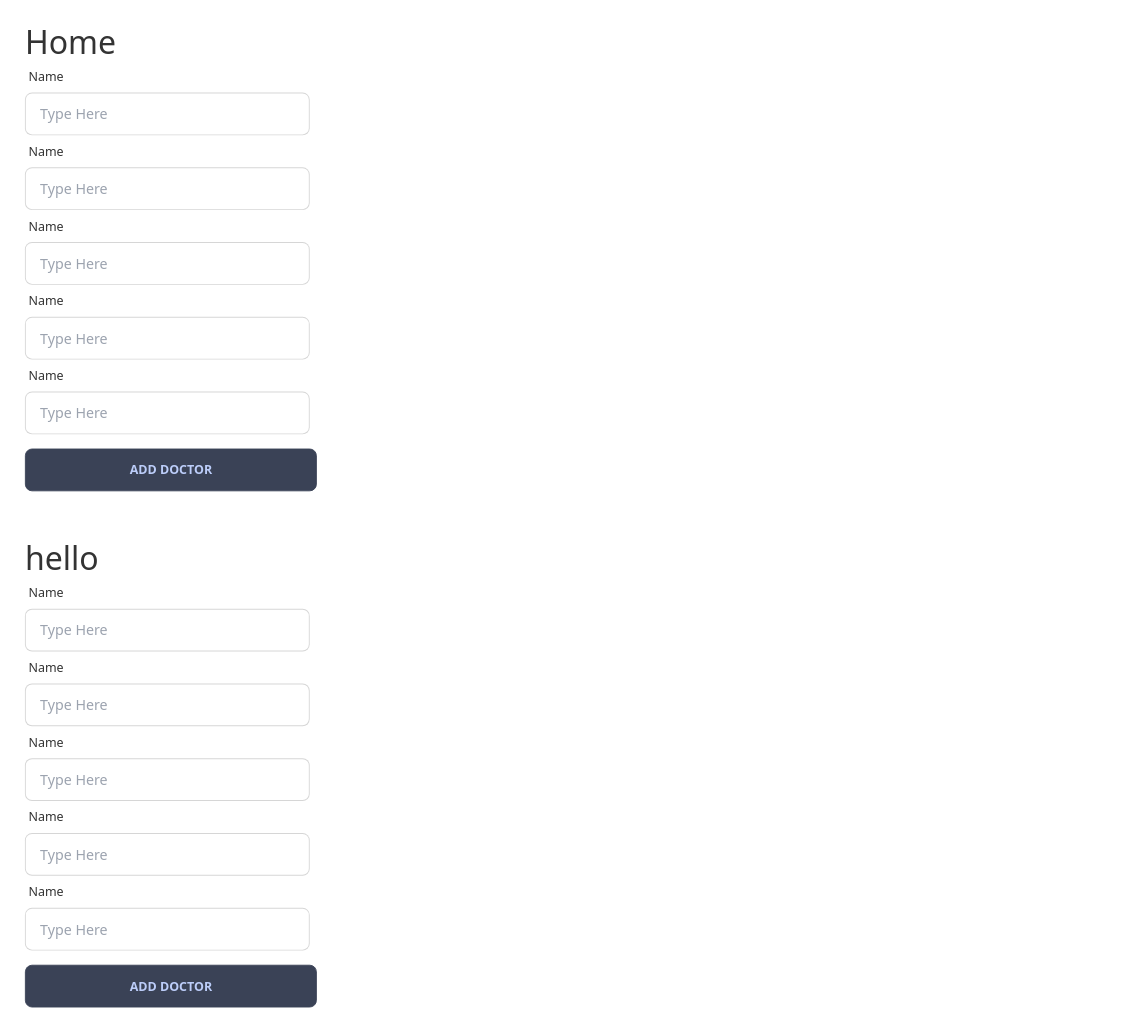
Repository: mdrubel02/yummy-yums-client
Page: /
These files come from the project's save history. The page is drawn as it stood at one moment and after the next save; the edit follows.
The browser window is 1280 px wide. The pictures show the whole page, at 89% of full size.
The project was rebuilt for these pictures with package versions that can differ from the ones it lists, and the page was loaded fresh each time. Also part of the build but not shown: vite.config.js.

Above is the page before, as saved 2023-04-06 23:26:59.

### src/App.jsx
import React from 'react'
import Home from './Components/Home/Home'
import Blog from './Components/Blog/Blog'


function App() {
  return (
    <div >
      <Home />
      <Blog/>
    </div>
  )
}

export default App

### src/Components/Home/Home.jsx
import React, { useReducer } from 'react';
import { initialState, reducer } from '../../State/FormReducer';

const Home = () => {
    const [state,dispatch] =useReducer(reducer, initialState)
    const submitHandle = (event)=>{
        event.preventDefault();
        console.log(state);
    }
    return (
        <div className='w-96 p-7'>
        <h1 className="text-4xl">Home</h1>
        <form onSubmit={submitHandle}>
            <div className="form-control w-full max-w-xs">
                <label className="label"> <span className="label-text">Name</span></label>
                <input
                  onBlur={(e) =>
                    dispatch({
                      type: "INPUT",
                      payload: { name: e.target.name, value: e.target.value }
                    })
                  }
                 type="text" name='firstName'
                 id='firstName' placeholder="Type Here" className="input input-bordered w-fu
      max-w-xs" />
            </div>
            <div className="form-control w-full max-w-xs">
                <label className="label"> <span className="label-text">Name</span></label>
                <input type="text" placeholder="Type Here" className="input input-bordered w-fu
      max-w-xs" />
            </div>
            <div className="form-control w-full max-w-xs">
                <label className="label"> <span className="label-text">Name</span></label>
                <input type="text" placeholder="Type Here" className="input input-bordered w-fu
      max-w-xs" />
            </div>
            <div className="form-control w-full max-w-xs">
                <label className="label"> <span className="label-text">Name</span></label>
                <input type="text" placeholder="Type Here" className="input input-bordered w-fu
      max-w-xs" />
            </div>
            <div className="form-control w-full max-w-xs">
                <label className="label"> <span className="label-text">Name</span></label>
                <input type="text" placeholder="Type Here" className="input input-bordered w-fu
      max-w-xs" />
            </div>
            <input className='btn btn-accent w-full mt-4' value="Add Doctor" type="submit" />
        </form>
    </div>
    );
};

export default Home;

### src/Components/Blog/Blog.js
import React from 'react';

const Blog = () => {
    return (
        <div>
            <div className='w-96 p-7'>
            <h1 className="text-4xl">hello</h1>
            <form>
                <div className="form-control w-full max-w-xs">
                    <label className="label"> <span className="label-text">Name</span></label>
                    <input type="text" placeholder="Type Here" className="input input-bordered w-fu
          max-w-xs" />
                </div>
                <div className="form-control w-full max-w-xs">
                    <label className="label"> <span className="label-text">Name</span></label>
                    <input type="text" placeholder="Type Here" className="input input-bordered w-fu
          max-w-xs" />
                </div>
                <div className="form-control w-full max-w-xs">
                    <label className="label"> <span className="label-text">Name</span></label>
                    <input type="text" placeholder="Type Here" className="input input-bordered w-fu
          max-w-xs" />
                </div>
                <div className="form-control w-full max-w-xs">
                    <label className="label"> <span className="label-text">Name</span></label>
                    <input type="text" placeholder="Type Here" className="input input-bordered w-fu
          max-w-xs" />
                </div>
                <div className="form-control w-full max-w-xs">
                    <label className="label"> <span className="label-text">Name</span></label>
                    <input type="text" placeholder="Type Here" className="input input-bordered w-fu
          max-w-xs" />
                </div>
                <input className='btn btn-accent w-full mt-4' value="Add Doctor" type="submit" />
            </form>
        </div>
        </div>
    );
};

export default Blog;

### src/State/FormReducer.jsx
import { actionTypes } from "./actionTypes";

export const initialState = {
  firstName: "",
  lastName: "",
  email: "",
  gender: "",
  education: "",
  quantity: 0,
  feedback: "",
  term: false,
};

export const reducer = (state, action) => {
  switch (action.type) {
    case actionTypes.INPUT:
      return {
        ...state,
        [action.payload.name]: action.payload.value,
      };
    case actionTypes.TOGGLE:
      return {
        ...state,
        term: !state.term,
      };
    default:
      return state;
  }
};

### src/State/actionTypes.jsx
export const actionTypes = {
    INPUT: "INPUT",
    TOGGLE: "TOGGLE",
  };

### tailwind.config.js
/** @type {import('tailwindcss').Config} */
export default {
  content: [
    "./index.html",
    "./src/**/*.{js,ts,jsx,tsx}",
  ],
  daisyui:{
    themes: [
      {
        doctortheme:{
          primary: '#0FCFEC',
          secondary: '#19D3AE',
          accent: "#3A4256",
          neutral: "#3D4451",
          "base-100": "#FFFFFF",
        }
      }
    ]
  },
  theme: {
    extend: {},
  },
  plugins: [require("daisyui")],
}

Loaded but not shown: index.html (common file); src/main.jsx (common file); src/index.css (common file)

After the next save:
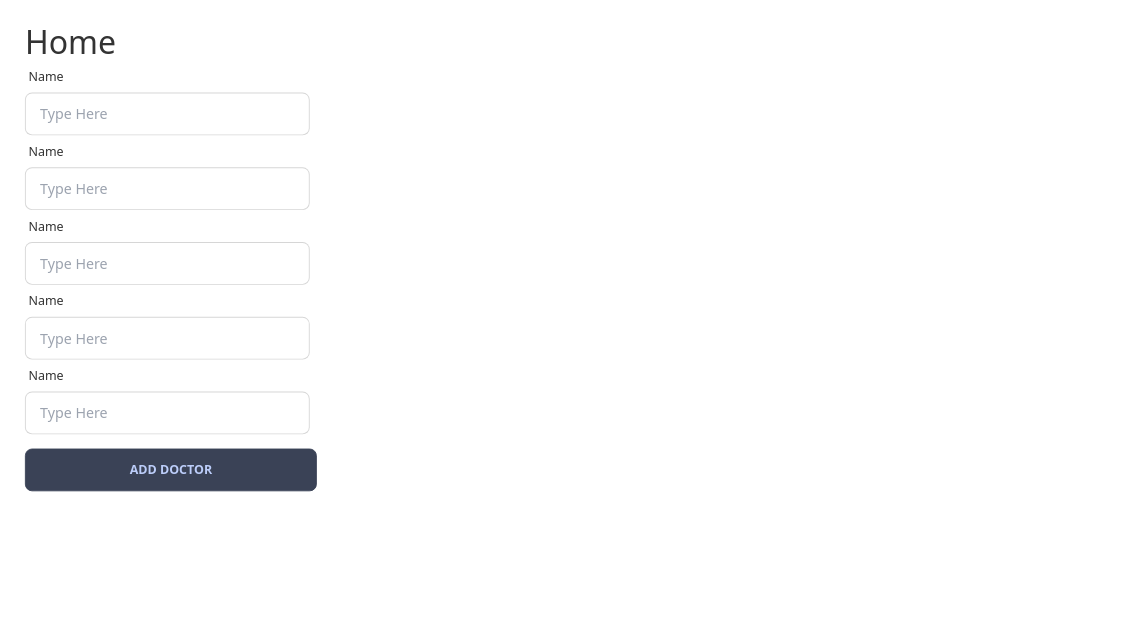
Saved 16 s later.
--- a/src/App.jsx
+++ b/src/App.jsx
@@ -1,13 +1,13 @@
 import React from 'react'
 import Home from './Components/Home/Home'
-import Blog from './Components/Blog/Blog'
+// import Blog from './Components/Blog/Blog'
 
 
 function App() {
   return (
     <div >
       <Home />
-      <Blog/>
+      {/* <Blog/> */}
     </div>
   )
 }
